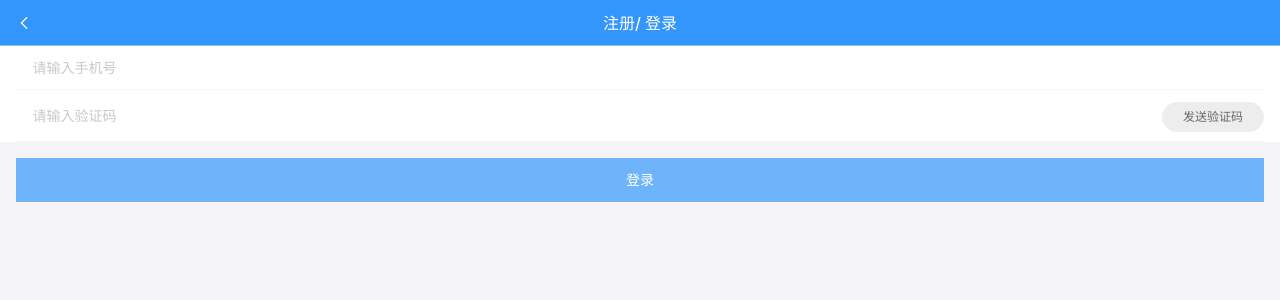
Repository: xn-lb/toutiao-mb
Page: /#/login
An editor plug-in stored every save of this project. The page is shown before and after the next save, followed by the edit.
The browser window is 1280 px wide. The pictures show the whole page.
Some web fonts or font styles are not loaded; a fallback is used. The project was rebuilt for these pictures with package versions that can differ from the ones it lists, and the page was loaded fresh each time. Also part of the build but not shown: vue.config.js.

Above is the page before, as saved 2023-03-23 21:18:22.

### src/main.js
import Vue from 'vue'
import App from './App.vue'
import router from './router'
import store from './store'
// 加载全局样式
import './styles/index.less'
import Vant from 'vant' //加载Vant 组件库
import 'vant/lib/index.css'
import 'amfe-flexible' //加载动态设置  rem 基准值

Vue.use(Vant); //注册使用组件库

Vue.config.productionTip = false

new Vue({
    router,
    store,
    render: h => h(App)
}).$mount('#app')

### src/App.vue
<template>
  <div id="app">
  <!-- 路由的出口 -->
    <router-view></router-view>



  </div>
</template>
<script>
export default {
  name: 'APP'
}
</script>
<style lang="less">

</style>

### src/router/index.js
import Vue from 'vue'
import VueRouter from 'vue-router'



Vue.use(VueRouter)

// 路由表
const routes = [{
        path: '/login',
        name: 'LoginIndex',
        component: () =>
            import ('@/views/login')
    },
    {
        path: '/',
        component: () =>
            import ('@/views/layout/'),
        children: [{
                path: '/qa',
                name: 'qa',
                component: () =>
                    import ('@/views/qa/')
            },
            {
                path: '/video',
                name: 'video',
                component: () =>
                    import ('@/views/video/')
            },
            {
                path: '/my', //默认子路由
                name: 'my',
                component: () =>
                    import ('@/views/my/')
            },
            {
                path: '', //默认子路由
                name: 'home',
                component: () =>
                    import ('@/views/home/')
            }
        ]
    }

]

const router = new VueRouter({
    routes
})

export default router

### src/styles/index.less
// 全局样式文件
// 加载图标样式
@import "./icon.less";

body{
    background-color: #f5f5f9;
}
.app-nav-bar{
    background-color: #3296fa !important;
    .van-nav-bar__title{
        color: #fff;
    }
    .van-icon{
        color:#fff !important;
    }
}

### src/views/login/index.vue
<template>
  <div class="login-container">
    <!-- 导航栏 -->
    <van-nav-bar class="app-nav-bar"
     title=" 注册/ 登录"
     left-arrow
     @click-left="$router.back()"
     />

    <!-- 登录表单 -->
    <van-form >
  <van-field
    v-model="user.mobile"
    name="手机号"
    placeholder="请输入手机号"
   >
      <i slot="left-icon" class="toutiao toutiao-shouji"></i>
   </van-field>
  <van-field
    v-model="user.code"
    name="验证码"
    placeholder="请输入验证码"
  >
   <i slot="left-icon" class="toutiao toutiao-yanzhengma"></i>
   <template #button>
    <van-button size="small" type="default" round class="send-sms-btn">发送验证码</van-button>
  </template>
  </van-field>
  <div style="margin: 16px;">
   <div class="login-btn-wrap">
    <van-button  block type="info" class="login-btn-wrap">登录</van-button>
   </div>
  </div>
</van-form>
  </div>
</template>

<script>
import {login} from '@/api/user'

export default {
  name: 'LoginIndex',
  components: {
    onsubmit
  },
  props: {},
  data () {
    return {
      user:{
        mobile:'',//手机号
        code:''//验证码
      }
    }
  },
  computed: {},
  watch: {},
  created () {},
  mounted () {},
  methods: {
    async onsubmit (){
      //1.获取表单数据
      const user = this.user
      //2.表单验证
      //3.提交表单登录
      try{
        const res = await login(user)
        console.log('登录成功', res);
      } catch (err){
        console.log('登录失败', err);
      }

      // 4.根据请求响应结果处理后续操作
    }
  }
}
</script>

<style scoped lang="less">
.page-nav-bar{
  background-color:#3296fa;
}
.login-container{
  .toutiao{
    font-style: 37px;
  }
}
.send-sms-btn{
  background-color: #ededed;
  font-style: 22px;
  color: #666;
  width: 102px;
  height: 30px;
  // line-height: 46;
}
.login-btn-wrap{
  background-color: #6db4fb;
  border: none;
  font-style: 42px;

}
</style>

### src/styles/icon.less
@font-face {
    font-family: "toutiao"; /* Project id 3968849 */
    src: url('//at.alicdn.com/t/c/font_3968849_y288fdc89co.eot?t=1679462277967'); /* IE9 */
    src: url('//at.alicdn.com/t/c/font_3968849_y288fdc89co.eot?t=1679462277967#iefix') format('embedded-opentype'), /* IE6-IE8 */
         url('//at.alicdn.com/t/c/font_3968849_y288fdc89co.woff2?t=1679462277967') format('woff2'),
         url('//at.alicdn.com/t/c/font_3968849_y288fdc89co.woff?t=1679462277967') format('woff'),
         url('//at.alicdn.com/t/c/font_3968849_y288fdc89co.ttf?t=1679462277967') format('truetype'),
         url('//at.alicdn.com/t/c/font_3968849_y288fdc89co.svg?t=1679462277967#toutiao') format('svg');
  }

  .toutiao {
    font-family: "toutiao" !important;
    font-size: 16px;
    font-style: normal;
    -webkit-font-smoothing: antialiased;
    -moz-osx-font-smoothing: grayscale;
  }

  .toutiao-guanbi:before {
    content: "\e601";
  }

  .toutiao-gengduo:before {
    content: "\e602";
  }

  .toutiao-pinglun:before {
    content: "\e603";
  }

  .toutiao-shanchu:before {
    content: "\e604";
  }

  .toutiao-dianzan:before {
    content: "\e605";
  }

  .toutiao-lishi:before {
    content: "\e606";
  }

  .toutiao-shipin:before {
    content: "\e607";
  }

  .toutiao-shoucang:before {
    content: "\e608";
  }

  .toutiao-yanzhengma:before {
    content: "\e609";
  }

  .toutiao-wenda:before {
    content: "\e60a";
  }

  .toutiao-fenxiang:before {
    content: "\e60b";
  }

  .toutiao-youjiantou:before {
    content: "\e60c";
  }

  .toutiao-wuwangluo:before {
    content: "\e60d";
  }

  .toutiao-shouji:before {
    content: "\e60e";
  }

  .toutiao-zuojiantou:before {
    content: "\e60f";
  }

  .toutiao-shouye:before {
    content: "\e610";
  }

  .toutiao-wode:before {
    content: "\e611";
  }

  .toutiao-sousuo:before {
    content: "\e612";
  }

  .toutiao-zuopin:before {
    content: "\e613";
  }

  .toutiao-yuedu:before {
    content: "\e614";
  }

### src/api/user.js
// 用户相关请求模块
import request from "@/utils/request";

export const login = data => {
    return request({
        method: 'POST',
        url: '/v1_0/authotizations',
        data
    })
}

### src/utils/request.js
// 封装axios 请求模块
import axios from "axios"

const request = axios.create({
    baseURL: 'http://toutiao.itheima.net/' //接口的基本路径
})


// 请求拦截器


// 响应拦截器

export default request

Loaded but not shown: public/index.html (common file); src/store/index.js (common file)

After the next save:
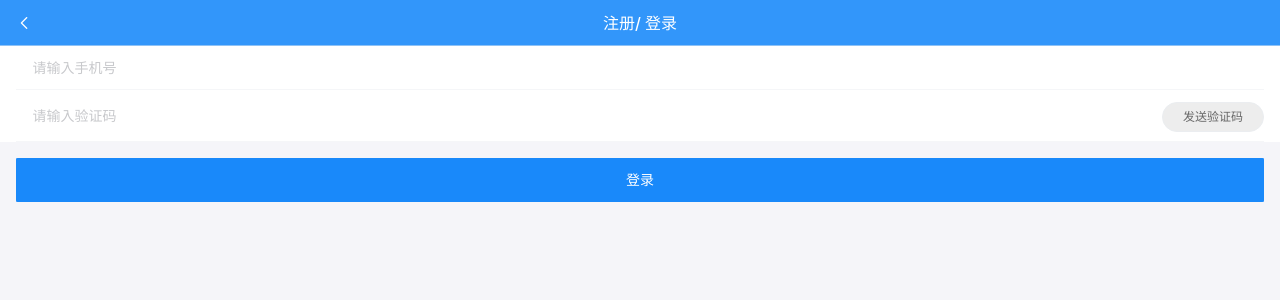
Saved 16 s later.
--- a/src/views/login/index.vue
+++ b/src/views/login/index.vue
@@ -28,7 +28,7 @@
   </van-field>
   <div style="margin: 16px;">
    <div class="login-btn-wrap">
-    <van-button  block type="info" class="login-btn-wrap">登录</van-button>
+    <van-button  block type="info" class="login-btn">登录</van-button>
    </div>
   </div>
 </van-form>
